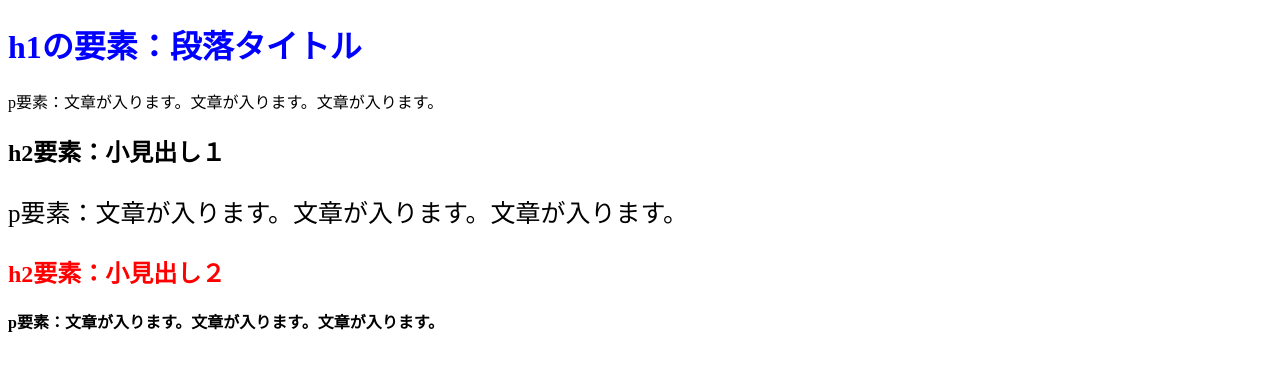
Repository: MoriTaiki1107/samurai_HTML-CSS
Page: index.html
The author's editor kept a record of every edit. The page is drawn from the files as they stood at one moment, then again after the next edit.
The browser window is 1280 px wide. The pictures show the whole page.

Above is the page before.

After the next edit:
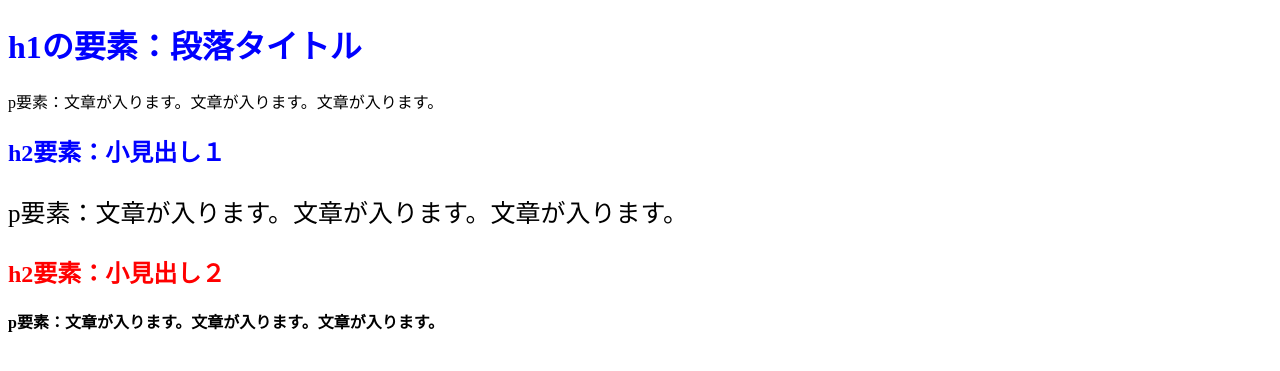
The edit:
--- a/index.html
+++ b/index.html
@@ -15,7 +15,7 @@
 <body>
     <h1 class="blue">h1の要素：段落タイトル</h1>
     <p>p要素：文章が入ります。文章が入ります。文章が入ります。</p>
-    <h2>h2要素：小見出し１</h2>
+    <h2 class="blue">h2要素：小見出し１</h2>
     <p style="font-size: 25px;">
     p要素：文章が入ります。文章が入ります。文章が入ります。
     </p>
